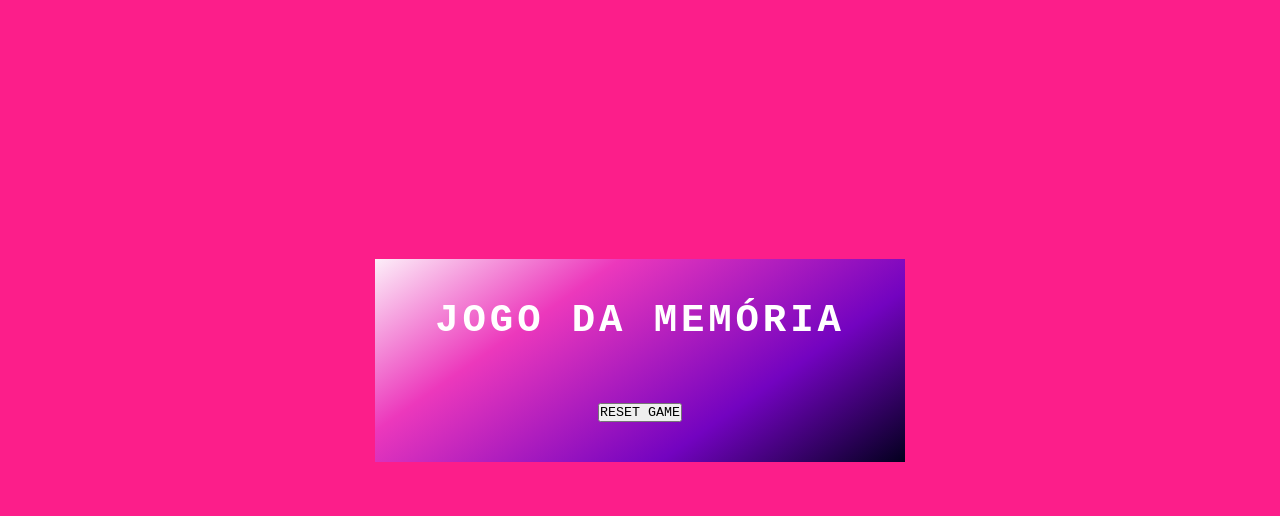
Repository: Zoemateus324/memory-game
Page: index.html
An editor plug-in stored every save of this project. The page is shown before and after the next save, followed by the edit.
The browser window is 1280 px wide. The pictures show the whole page.

Above is the page before, as saved 2024-11-27 08:18:23.

### index.html
<!DOCTYPE html>
<html lang="pt-br">

<head>
    <meta charset="UTF-8">
    <meta name="viewport" content="width=device-width, initial-scale=1.0">
    <title>Memory Game</title>
    <link rel="stylesheet" href="./src/styles/reset.css">
    <link rel="stylesheet" href="./src/styles/main.css">
</head>

<body>
    <div class="container">
        <h2>Jogo da Memória</h2>
        <div class="game">

        </div>
        <button class="reset" onclick="window.location.reload()">RESET GAME</button>
    </div>



    <script src="./src/scripts/engine.js" defer></script>
</body>

</html>

### src/styles/reset.css
*{
    margin:0;
    padding:0;
    outline:none;
    box-sizing:border-box;
    font-family:monospace;
}

### src/styles/main.css
body{
    display:flex;
    justify-content:center;
    align-items:center;
    min-height:100vh;
    background:#fc1e8a;
}


.container{
    position:relative;
    display:flex;
    flex-direction:column;
    justify-content:center;
    align-items:center;
    gap:30px;
    background:linear-gradient(
        325deg,
        #03001e 0%,
        #7303c0 30%,
        #ec38bc 70%,
        #fdeff9 100%
    );
    padding:40px 60px;
}


h2{
    font-size:3em;
    color: #fff;
    text-transform:uppercase;
    letter-spacing:0.1em;
}

Loaded but not shown: src/scripts/engine.js (no stored copy; drawn as an empty file)

After the next save:
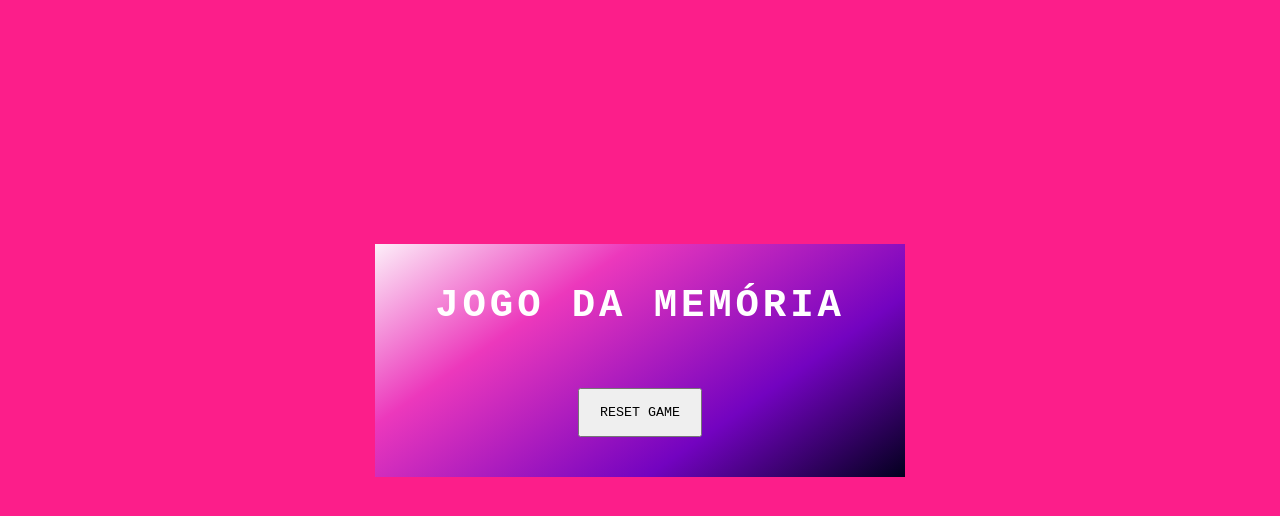
Saved 47 s later.
--- a/src/styles/main.css
+++ b/src/styles/main.css
@@ -31,3 +31,8 @@ h2{
     text-transform:uppercase;
     letter-spacing:0.1em;
 }
+
+
+.reset{
+    padding:15px 20px;
+}
